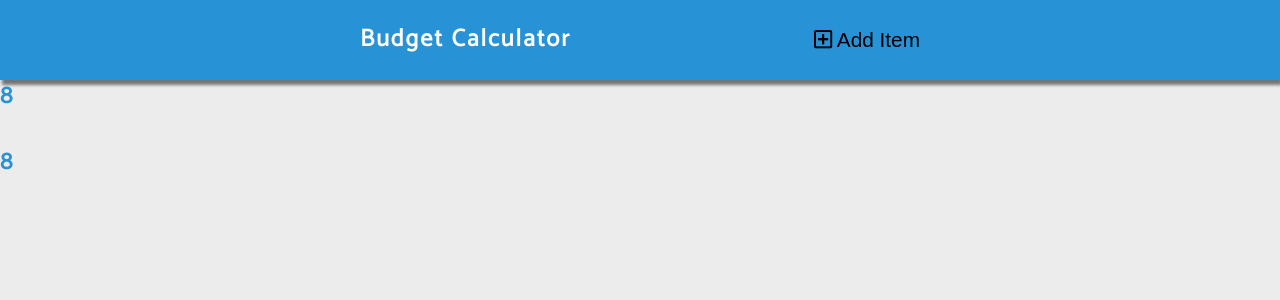
Repository: webdril/budget
Page: /
An editor plug-in stored every save of this project. The page is shown before and after the next save, followed by the edit.
The browser window is 1280 px wide. The pictures show the whole page.
The project was rebuilt for these pictures with package versions that can differ from the ones it lists, and the page was loaded fresh each time.

Above is the page before, as saved 2020-02-29 01:57:39.

After the next save:
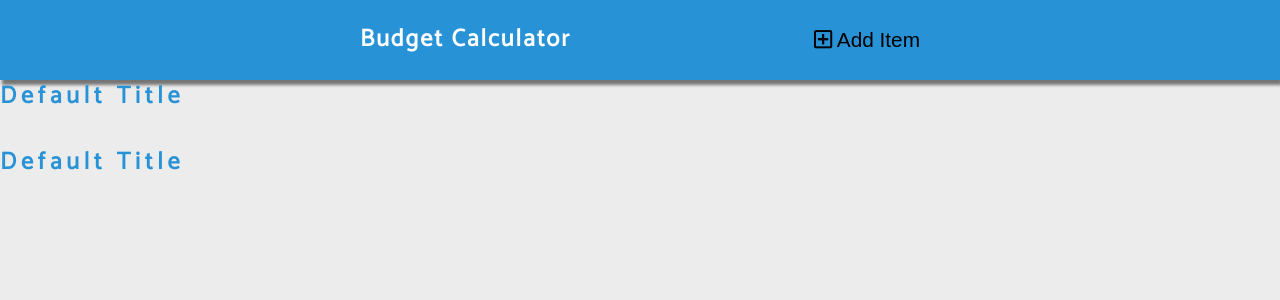
Saved 95 s later.
--- a/src/Title.svelte
+++ b/src/Title.svelte
@@ -5,5 +5,5 @@ let title = "default title"
 
 
 <div class="main-title">
- <h2>{4 + 4}</h2>
+ <h2>{title}</h2>
 </div>
